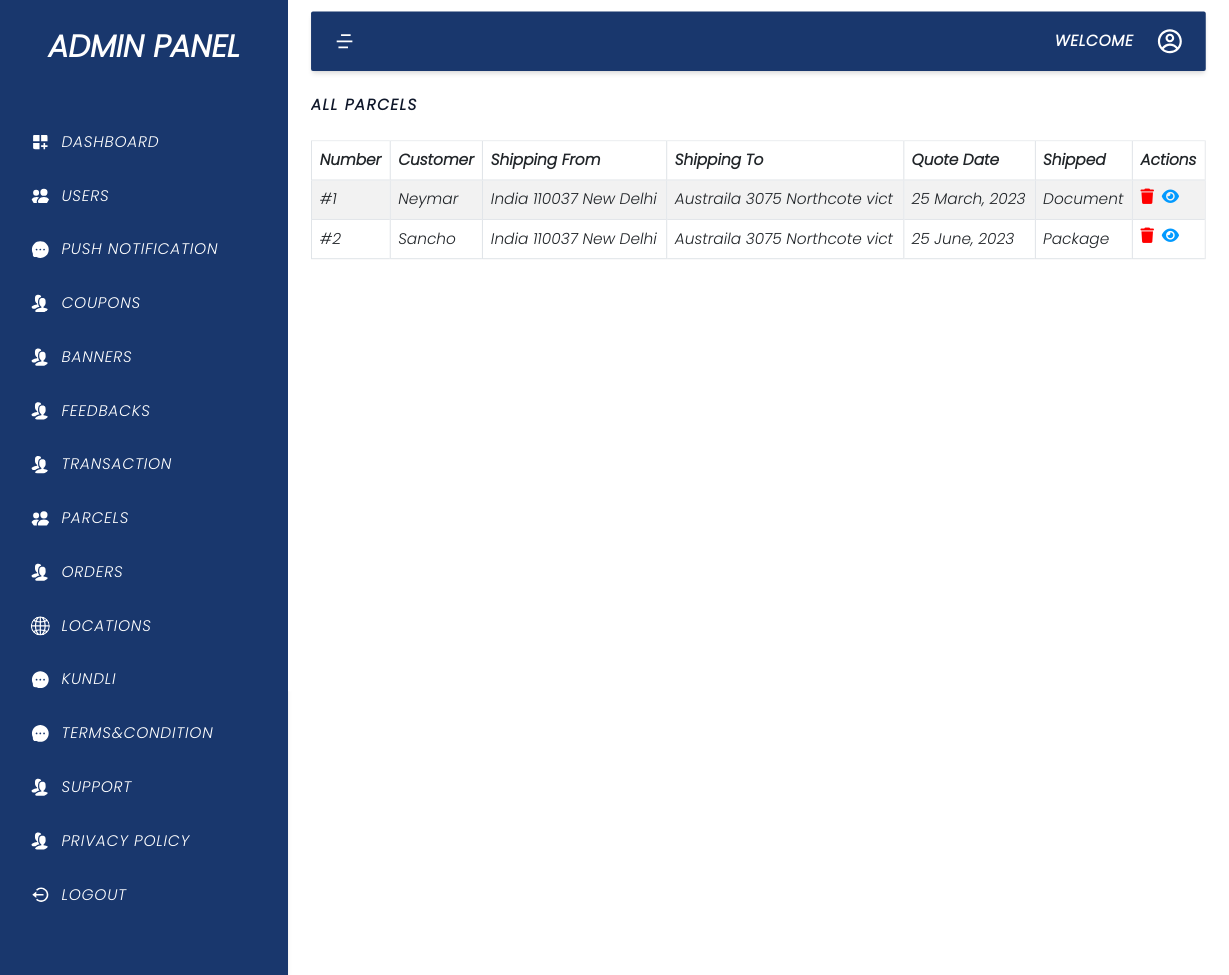
Repository: FlyweisReact/sarita
Page: /astro
The author's editor kept a copy of each file at every save. The page is drawn from the files as they stood at one save, then again after the next save.
The browser window is 1280 px wide. The pictures show the whole page, at 96% of full size.
Some web libraries are served in a nearby version. The project was rebuilt for these pictures with package versions that can differ from the ones it lists, and the page was loaded fresh each time. Also part of the build but not shown: src/vendorPanel/forms/VendorLogin.jsx, src/vendorPanel/pages/AdminDiscount.js, src/vendorPanel/pages/AdminReview.js, src/vendorPanel/pages/Banners.js, src/vendorPanel/pages/Booking.js, src/vendorPanel/pages/Horoscope.js, src/vendorPanel/pages/Kundli.js, src/vendorPanel/pages/Message.js and 8 more.

Above is the page before, as saved 2023-04-19 13:02:13.

After the next save:
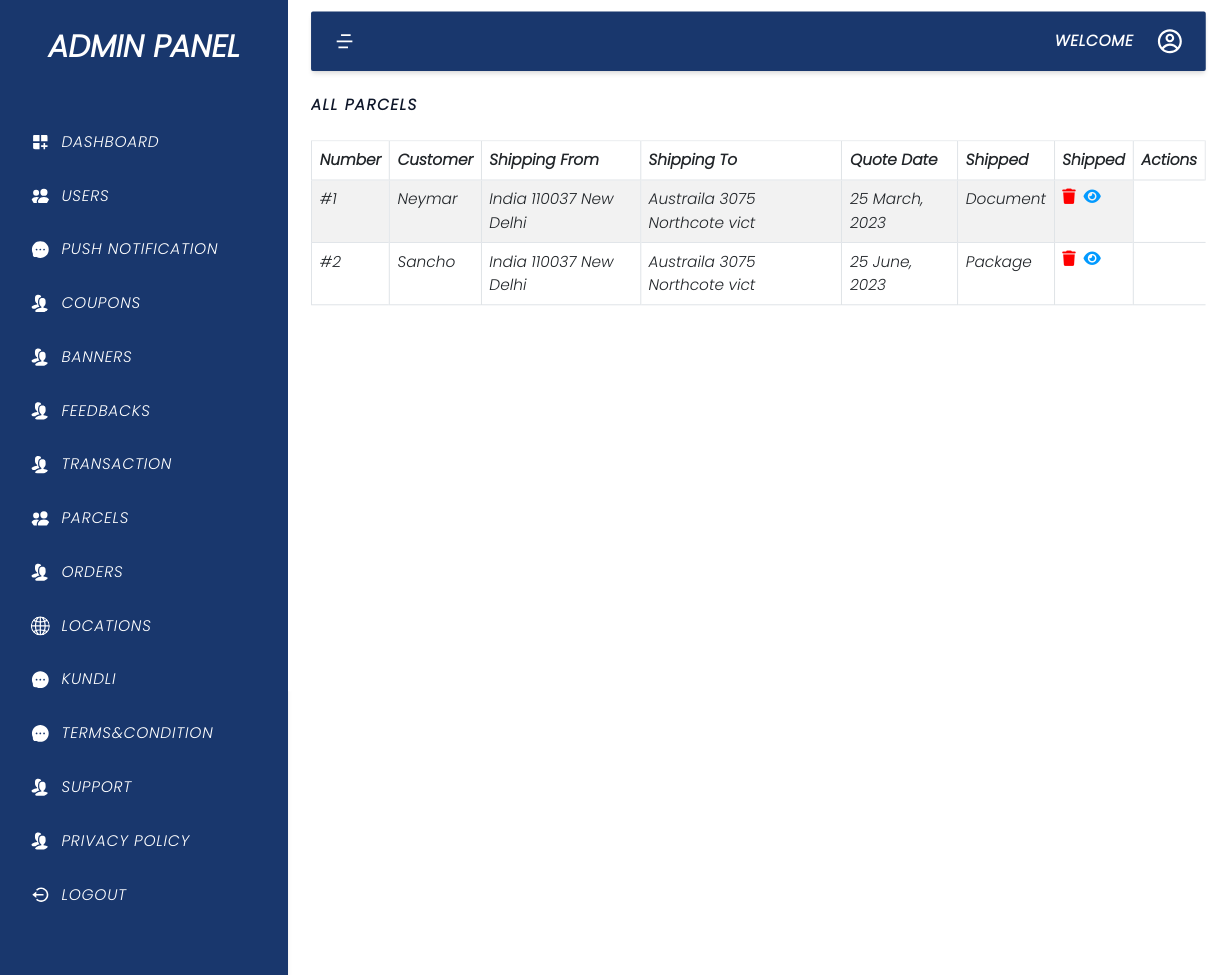
Saved 54 s later.
--- a/src/vendorPanel/pages/Astrologers.js
+++ b/src/vendorPanel/pages/Astrologers.js
@@ -178,6 +178,7 @@ const Astrologers = () => {
                 <th>Shipping From </th>
                 <th>Shipping To</th>
                 <th>Quote Date</th>
+                <th>Shipped</th>
                 <th>Shipped</th>
                 <th>Actions</th>
               </tr>
